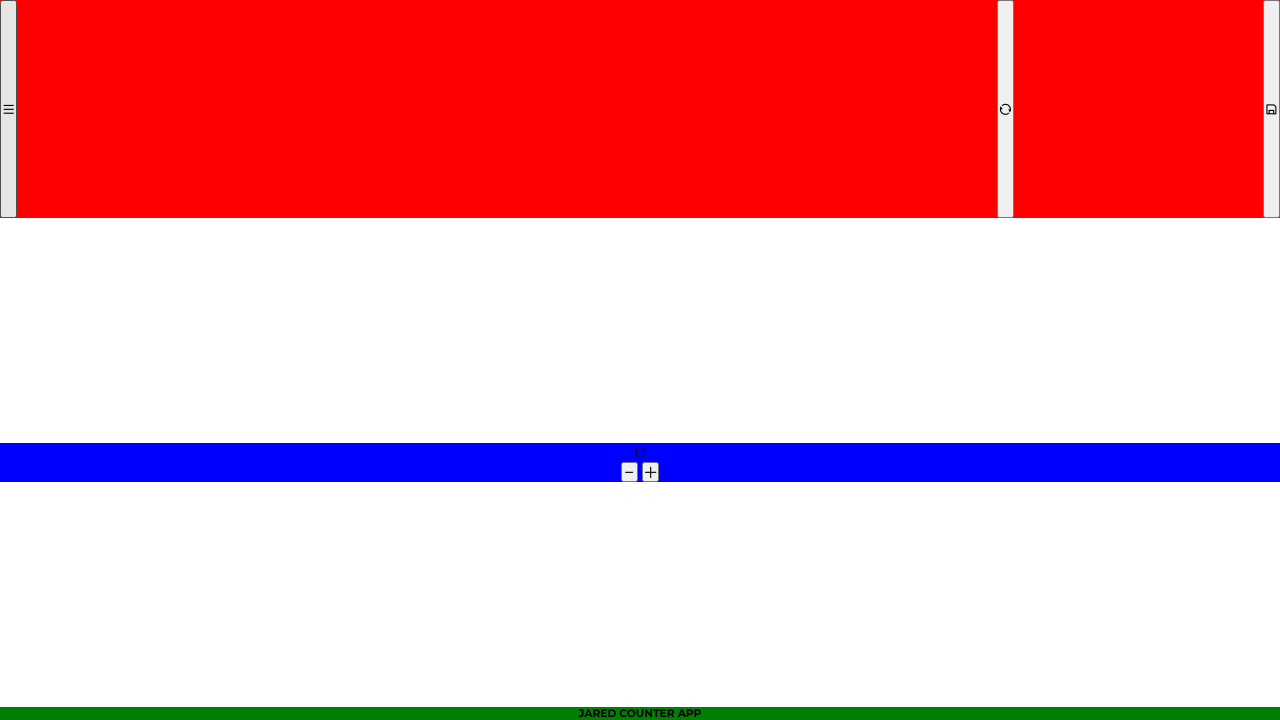
Repository: EguJaredoBoyd/Jared-Counter-App
Page: index.html
An editor plug-in stored every save of this project. The page is shown before and after the next save, followed by the edit.
The browser window is 1280 px wide. The pictures show the whole page.

Above is the page before, as saved 2025-11-27 00:34:30.

After the next save:
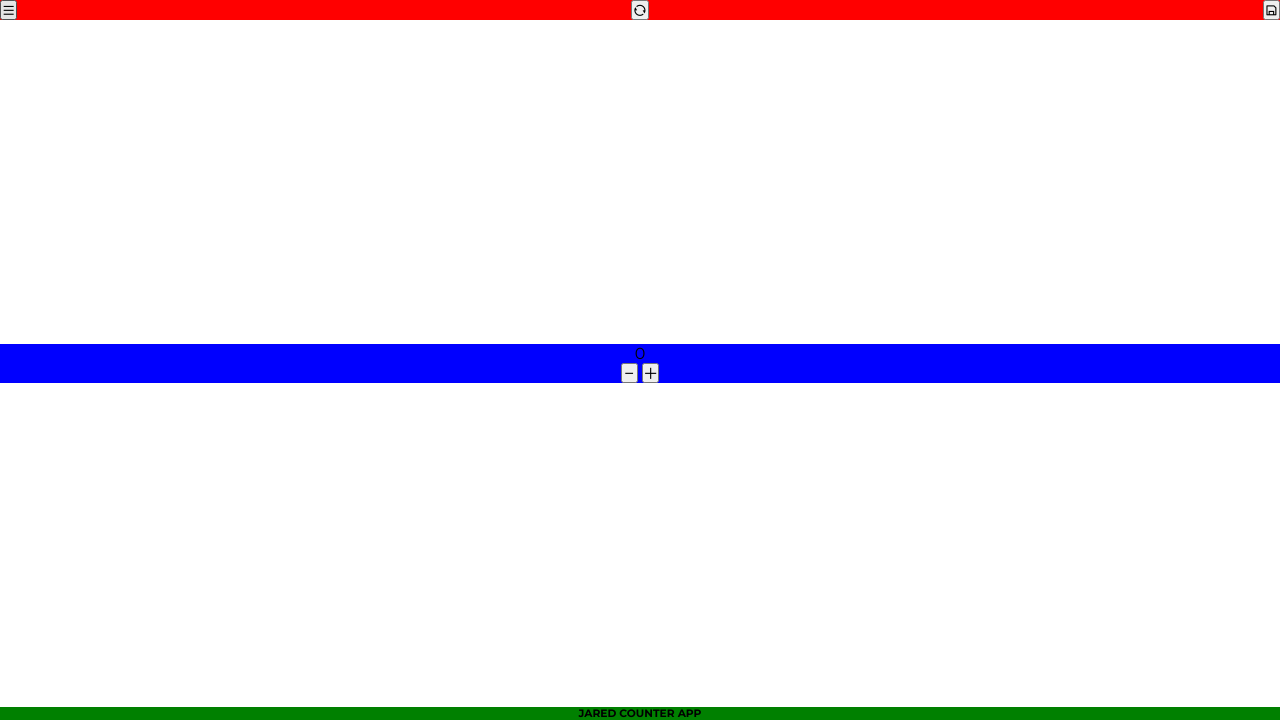
Saved 17 s later.
--- a/style.css
+++ b/style.css
@@ -26,12 +26,12 @@ header {
 
 .header__button__ul--toggle-list {
     background-color: pink;
-    visibility: hidden;
+    display: none;
     transition: transform 2s ease-in-out;
 }
 
 .header__button__ul--toggle-list.show {
-    display: contents;
+    display: block;
     position: absolute;
     top: 0;
     right: 0;
